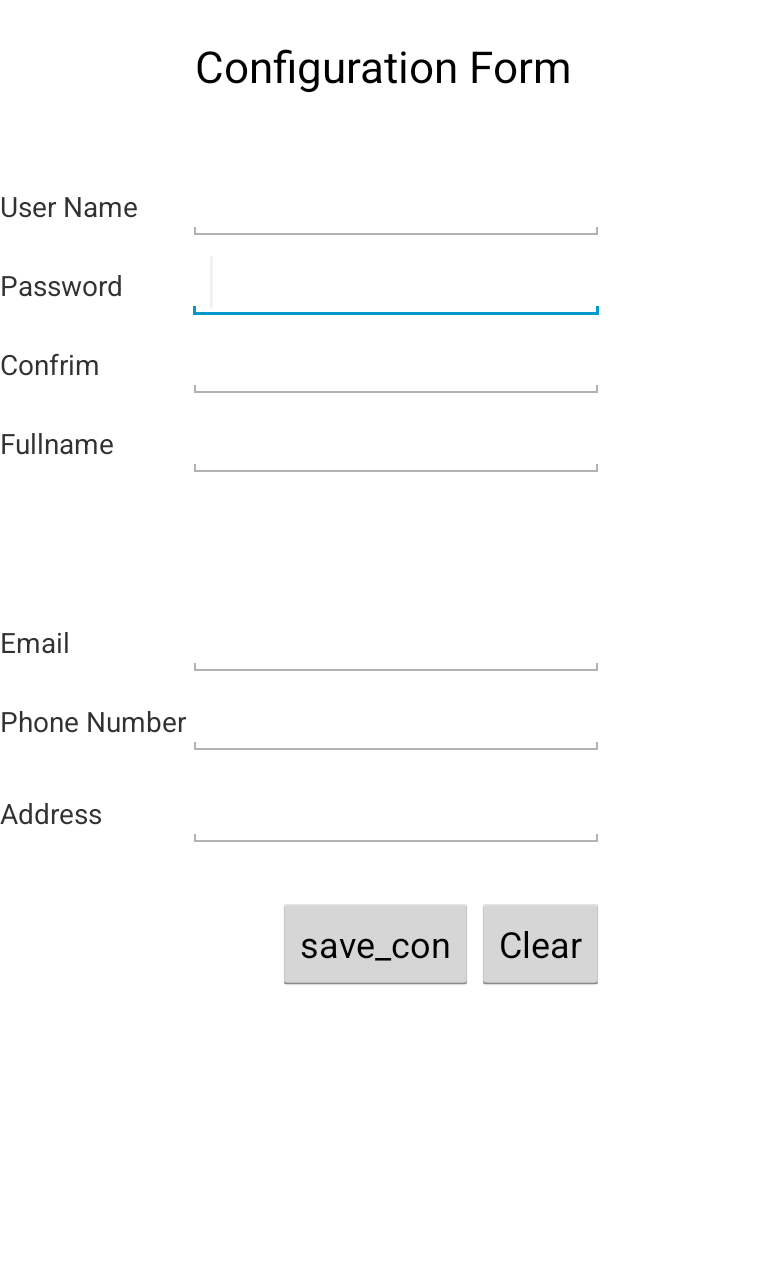
Repository: VanThi/Smart_Order
Layout: Project OS/Project_SO/res/layout/customer_configuration.xml
An editor plug-in stored every save of this project. The layout is shown before and after the next save, followed by the edit.
It is drawn on a 768 x 1280 px phone screen (xhdpi) without system bars, with theme AppTheme; the app's code is not run.

Above is the layout before, as saved 2013-11-08 07:18:32.

After the next save:
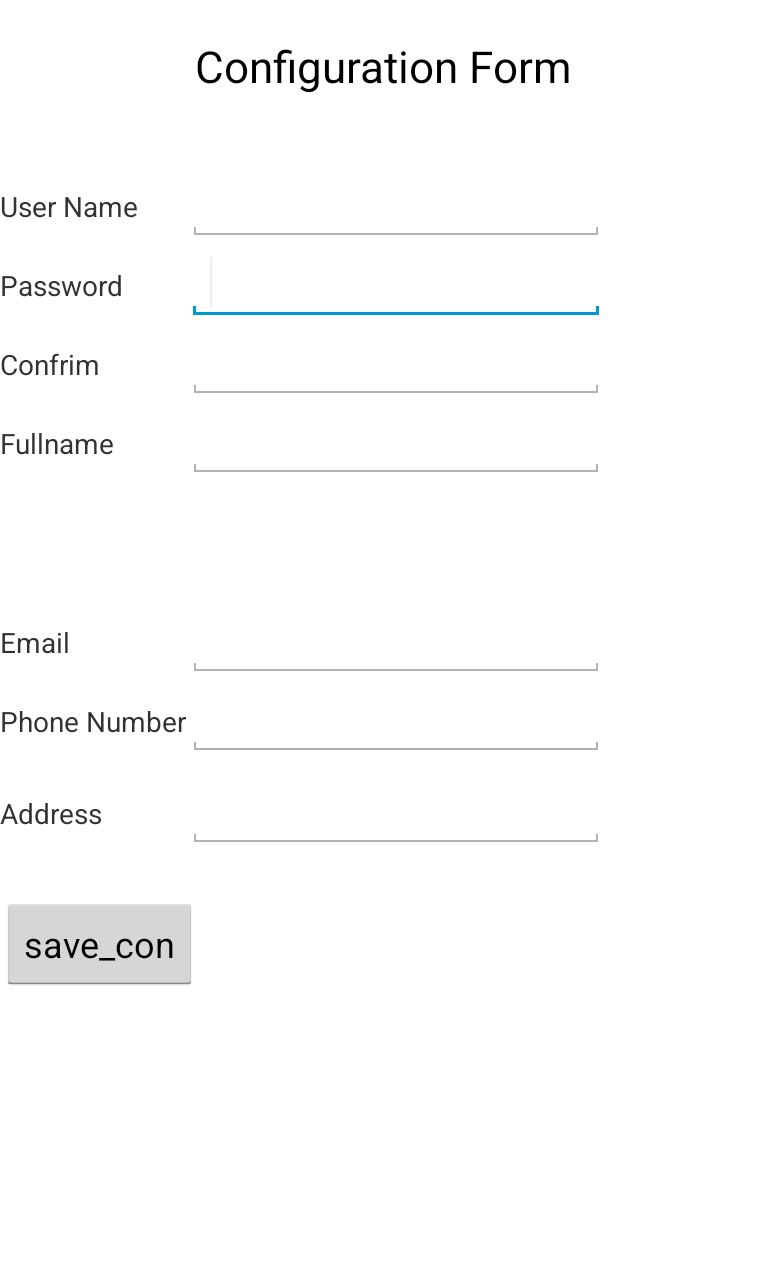
Saved 19 s later.
--- a/Project OS/Project_SO/res/layout/customer_configuration.xml
+++ b/Project OS/Project_SO/res/layout/customer_configuration.xml
@@ -130,14 +130,6 @@
         android:layout_marginTop="18dp"
         android:text="Address" />
 
-    <Button
-        android:id="@+id/clear_con"
-        android:layout_width="wrap_content"
-        android:layout_height="wrap_content"
-        android:layout_alignBaseline="@+id/save_con"
-        android:layout_alignBottom="@+id/save_con"
-        android:layout_alignRight="@+id/et_password_con"
-        android:text="Clear" />
 
     <Button
         android:id="@+id/save_con"
